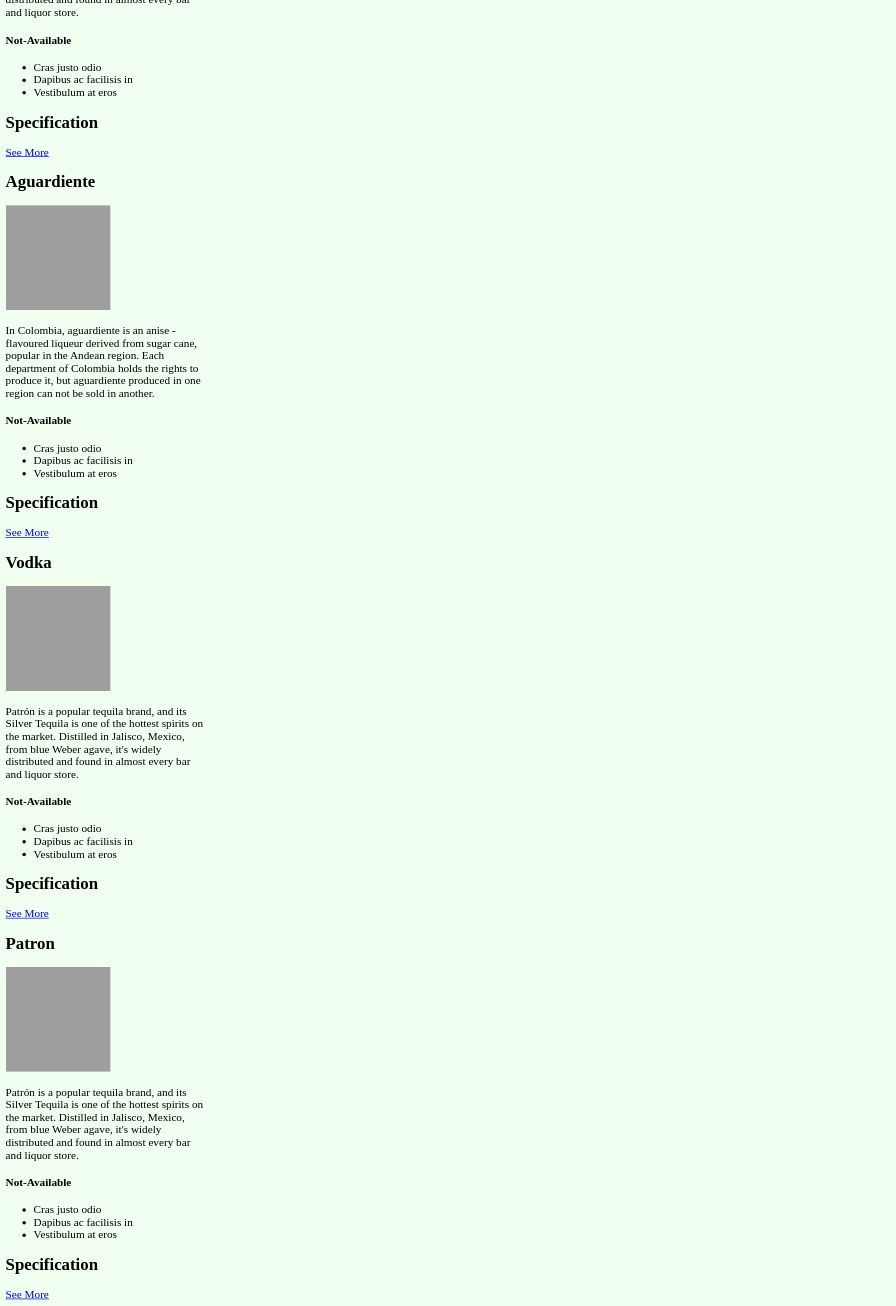
Repository: ZamlZam/REPO-11
Page: product-cards/index.html
An editor plug-in stored every save of this project. The page is shown before and after the next save, followed by the edit.
The browser window is 1280 px wide. The pictures show the part of the page from y = 1213 to 3133 px (the page is 3079 px tall before and 3133 px after), at 70% of full size.
Pictures or frames that could not be fetched are drawn as grey boxes.

Above is the page before, as saved 2023-04-14 17:51:28.

After the next save:
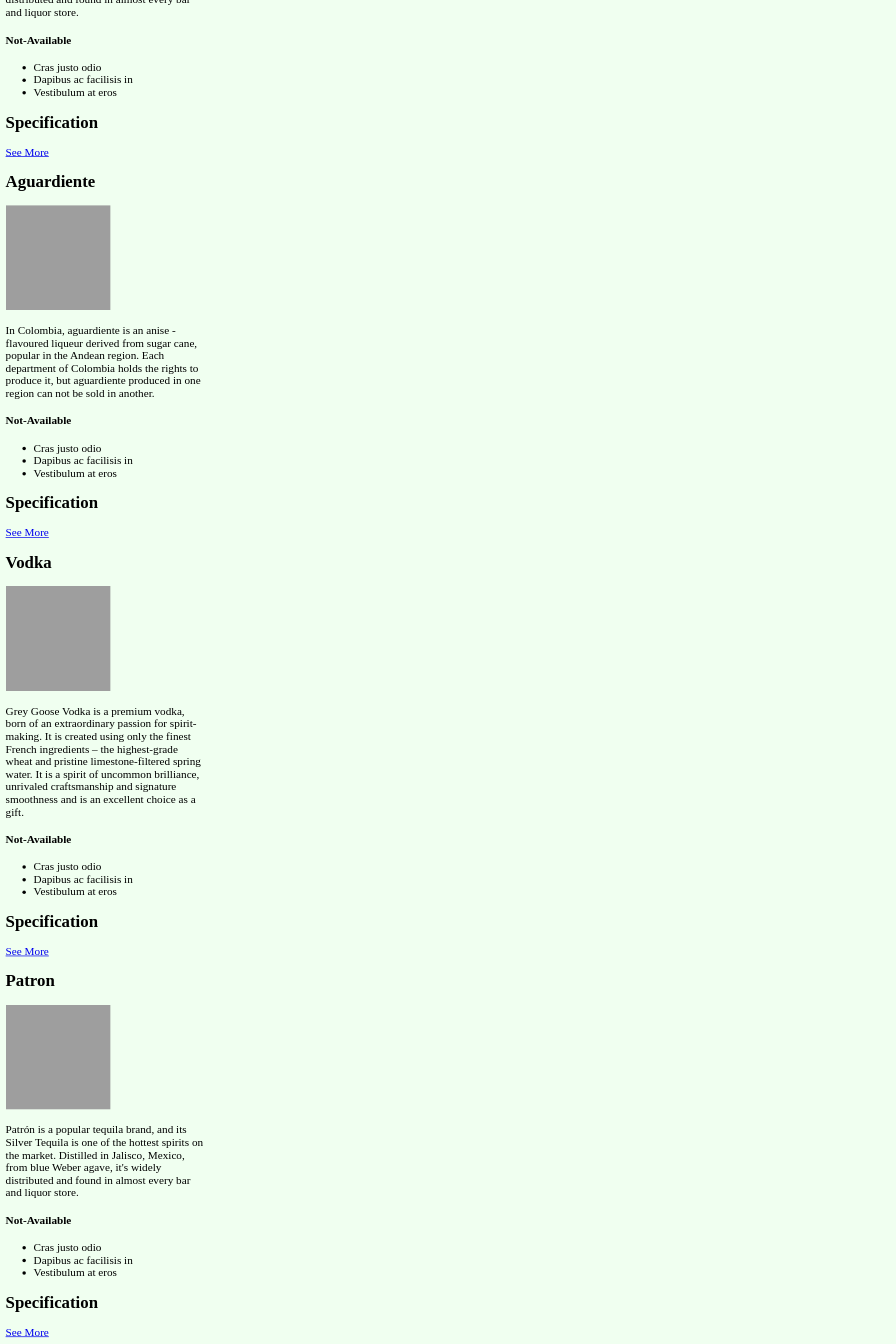
Saved 70 s later.
--- a/product-cards/index.html
+++ b/product-cards/index.html
@@ -94,7 +94,7 @@
    <img src="https://th.bing.com/th/id/OIP.A0LuDfu3pj8rYBoiSEGyLwHaNo?pid=ImgDet&rs=1" height = "150px" width="150px" alt="">
   <div class="card-body">
 
-    <p class="card-text">Patrón is a popular tequila brand, and its Silver Tequila is one of the hottest spirits on the market. Distilled in Jalisco, Mexico, from blue Weber agave, it's widely distributed and found in almost every bar and liquor store.</p>
+    <p class="card-text">Grey Goose Vodka is a premium vodka, born of an extraordinary passion for spirit-making. It is created using only the finest French ingredients – the highest-grade wheat and pristine limestone-filtered spring water. It is a spirit of uncommon brilliance, unrivaled craftsmanship and signature smoothness and is an excellent choice as a gift.</p>
   </div>
 </div>
   <h4 class="Available">Not-Available</h4>
